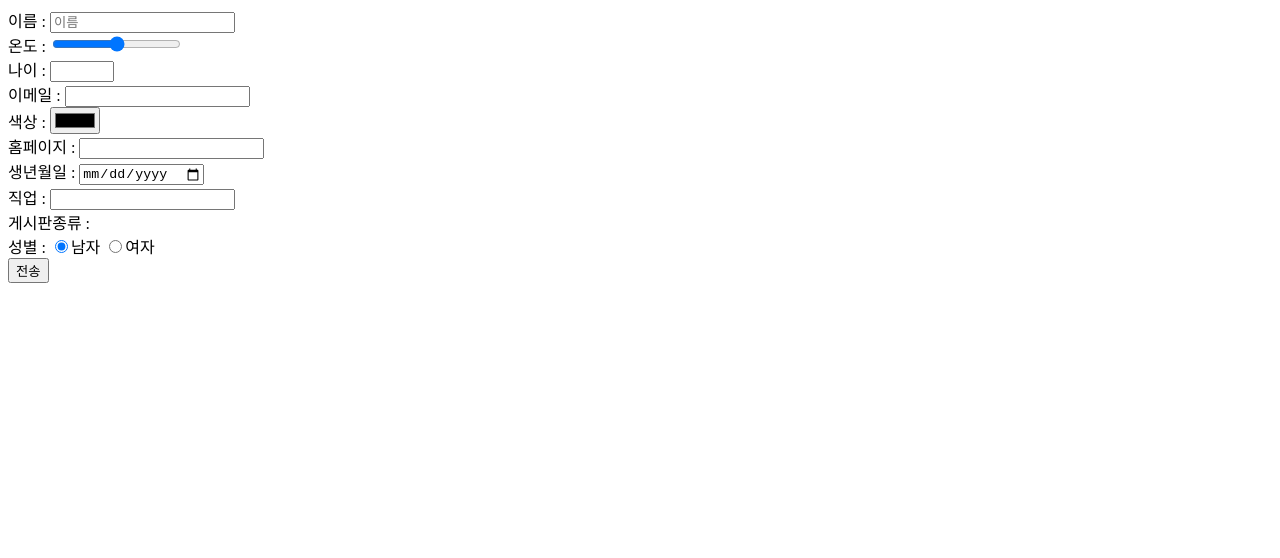
Repository: doridorijamjam2/JSP-Servlet
Page: Day_01/src/main/webapp/formPost.html
The author's editor kept a copy of each file at every save. The page is drawn from the files as they stood at one save, then again after the next save.
The browser window is 1280 px wide. The pictures show the whole page.

Above is the page before, as saved 2021-10-19 04:19:11.

### Day_01/src/main/webapp/formPost.html
<!DOCTYPE html>
<html>
<head>
<meta charset="EUC-KR">
<title>Insert title here</title>
</head>
<body>
	<form action = "formPost" method = "POST">
		<lable for = "name"> 이름 : </lable>
		<input type = "text" name = "name" id = "name" required = "required"
		placeholder = "이름"><br>
		<lable for = "temperature"> 온도 : </lable>
		<input type = "range" name = "temperature" id = "temperature" min = "1"
		max = "100"><br>
		<lable for = "age"> 나이 : </lable>
		<input type = "number" name = "age" id = "age" min = "1"
		max = "100"><br>
		<lable for = "email"> 이메일 : </lable>
		<input type = "email" name = "email" id = "email" ><br>
		<lable for = "color"> 색상 : </lable>
		<input type = "color" name = "color" id = "color" ><br>
		<lable for = "homepage"> 홈페이지 : </lable>
		<input type = "url" name = "homepage" id = "homepage" ><br>
		<lable for = "birthday"> 생년월일 : </lable>
		<input type = "date" name = "birthday" id = "birthday" ><br>
		<lable for = "job"> 직업 : </lable>
		<input type = "text" name = "job" id = "job" list = "jobList" ><br>
		<lable for = "boardType"> 게시판종류 : </lable>
		<input type = "hidden" name = "boardType" id = "boardType" value ="1" ><br>
		<datalist id = "jobList">
		    <option>교수</option>
		    <option>가수</option>
		    <option>유튜버</option>
		    <option>댄서</option>
		    <option>1타강사</option>
		</datalist>
		<lable for = "gender1"> 성별 : </lable>
		<input type = "radio" name = "gender" id = "gender1" value = "M"
		checked = "checked">남자
		<input type = "radio" name = "gender" id = "gender2" value = "F"
		>여자
		<br>
		<input type = "submit" value = "전송"/>

	</form>
</body>
</html>

After the next save:
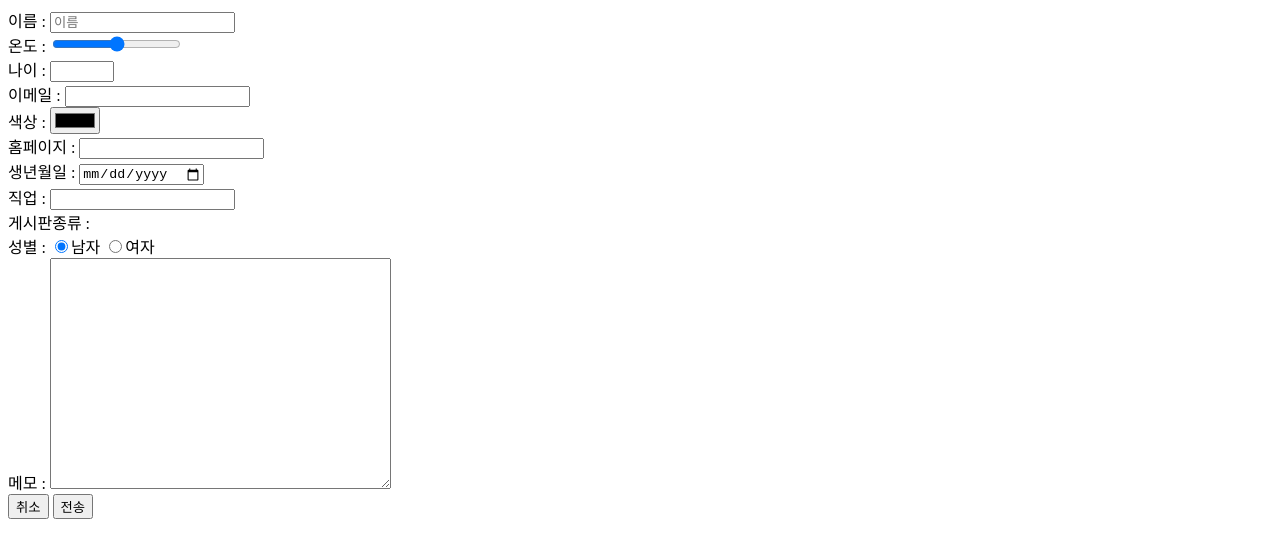
Saved 61 s later.
--- a/Day_01/src/main/webapp/formPost.html
+++ b/Day_01/src/main/webapp/formPost.html
@@ -40,6 +40,10 @@
 		<input type = "radio" name = "gender" id = "gender2" value = "F"
 		>여자
 		<br>
+		<label for = "memo">메모 :</label>
+		<textarea rows ="15" cols="40" name = "memo" id = "memo"></textarea>
+		<br>
+		<input type = "submit" value = "취소"/>
 		<input type = "submit" value = "전송"/>
 
 	</form>
